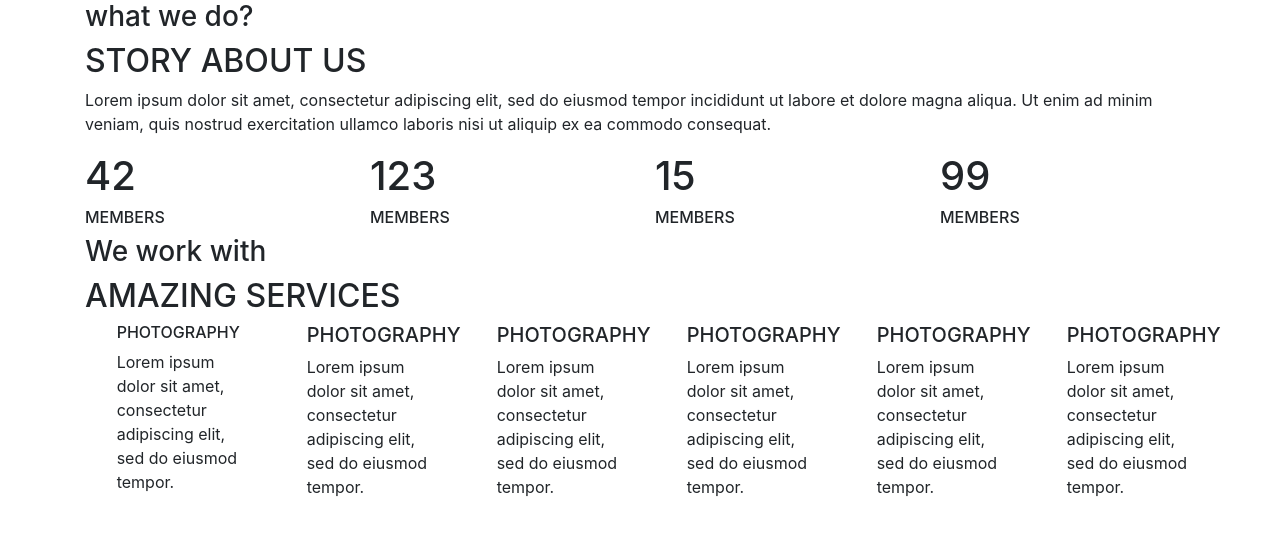
Repository: nourabdelhakam/MoGo-template
Page: index.html
An editor plug-in stored every save of this project. The page is shown before and after the next save, followed by the edit.
The browser window is 1280 px wide. The pictures show the whole page.
Some web libraries are served in a nearby version. The style sheet was rebuilt from its Sass, Less or Tailwind sources for each picture, by a compiler version that may differ from the author's.

Above is the page before, as saved 2021-02-21 19:05:23.

### index.html
<!DOCTYPE html>
<html lang="en">
<head>
    <meta charset="UTF-8">
    <meta name="viewport" content="width=device-width, initial-scale=1.0">
    <link rel="stylesheet" href="https://cdnjs.cloudflare.com/ajax/libs/font-awesome/5.8.2/css/all.min.css" crossorigin="anonymous" />
    <title>Document</title>
    <link rel="stylesheet" href="css/bootstrap.min.css">
    <link rel="stylesheet" href="sass/main.css">
</head>
<body>
    <!-- WHAT WE DO------------------------------------- -->
    <section>
        <div class="container">
            <h3>what we do?</h3>
            <h2>STORY ABOUT US</h2>
            <p>Lorem ipsum dolor sit amet, consectetur adipiscing elit, sed do eiusmod tempor incididunt ut labore et dolore magna aliqua. Ut enim ad minim veniam, quis nostrud exercitation ullamco laboris nisi ut aliquip ex ea commodo consequat.</p>
            <div class="row"></div>
        </div>
    </section>
    <!--ENd WHAT WE DO------------------------------------- -->

    <!--STATISTICS------------------------------------- -->
    <section>
        <div class="container">
            <div class="row">
                <div class="col">
                    <h1>42</h1>
                    <h6>MEMBERS</h6>
                </div>
                <div class="col">
                    <h1>123</h1>
                    <h6>MEMBERS</h6>
                </div>
                <div class="col">
                    <h1>15</h1>
                    <h6>MEMBERS</h6>
                </div>
                <div class="col">
                    <h1>99</h1>
                    <h6>MEMBERS</h6>
                </div>
            </div>
        </div>
    </section>
    <!--END OF STATISTICS------------------------------------- -->

    <!-- We work with -------------------------------------------->
    <section>
        <div class="container">
            <h3>We work with</h3>
            <h2>AMAZING SERVICES</h2>
            <div class="row">

                <div class="col">
                    <div class="row">
                        <div class="col-2"></div>
                        <div class="col-10">
                            <h6>PHOTOGRAPHY</h6>
                            <p>Lorem ipsum dolor sit amet, consectetur adipiscing elit, sed do eiusmod tempor.</p>
                        </div>
                    </div>
                </div>

                <div class="col">
                    <div class="row">
                        <div class="col-2"></div>
                        <div class="col-10">
                            <h5>PHOTOGRAPHY</h5>
                            <p>Lorem ipsum dolor sit amet, consectetur adipiscing elit, sed do eiusmod tempor.</p>
                        </div>
                    </div>
                </div>

                <div class="col">
                    <div class="row">
                        <div class="col-2"></div>
                        <div class="col-10">
                            <h5>PHOTOGRAPHY</h5>
                            <p>Lorem ipsum dolor sit amet, consectetur adipiscing elit, sed do eiusmod tempor.</p>
                        </div>
                    </div>
                </div>

                <div class="col">
                    <div class="row">
                        <div class="col-2"></div>
                        <div class="col-10">
                            <h5>PHOTOGRAPHY</h5>
                            <p>Lorem ipsum dolor sit amet, consectetur adipiscing elit, sed do eiusmod tempor.</p>
                        </div>
                    </div>
                </div>

                <div class="col">
                    <div class="row">
                        <div class="col-2"></div>
                        <div class="col-10">
                            <h5>PHOTOGRAPHY</h5>
                            <p>Lorem ipsum dolor sit amet, consectetur adipiscing elit, sed do eiusmod tempor.</p>
                        </div>
                    </div>
                </div>

                <div class="col">
                    <div class="row">
                        <div class="col-2"></div>
                        <div class="col-10">
                            <h5>PHOTOGRAPHY</h5>
                            <p>Lorem ipsum dolor sit amet, consectetur adipiscing elit, sed do eiusmod tempor.</p>
                        </div>
                    </div>
                </div>
            </div>
        </div>
    </section>
    <!-- end of We work with -------------------------------------------->


   <!-----------------------.------------------------------------------- -- -->
   <script src="js/jquery-3.5.1.slim.min.js"></script>
   <script src="js/popper.min.js"></script>

   <script src="js/bootstrap.min.js"></script>
</body>
</html>

Loaded but not shown: css/bootstrap.min.css (library); js/jquery-3.5.1.slim.min.js (library); js/popper.min.js (library); js/bootstrap.min.js (library); sass/main.scss (empty)

After the next save:
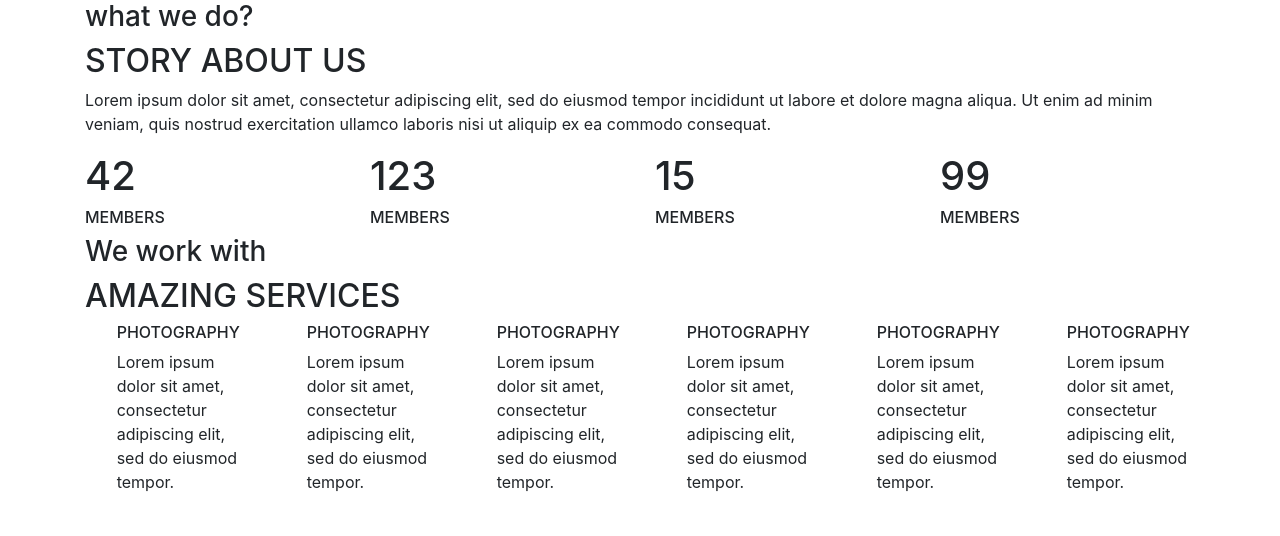
Saved 48 s later.
--- a/index.html
+++ b/index.html
@@ -66,7 +66,7 @@
                     <div class="row">
                         <div class="col-2"></div>
                         <div class="col-10">
-                            <h5>PHOTOGRAPHY</h5>
+                            <h6>PHOTOGRAPHY</h6>
                             <p>Lorem ipsum dolor sit amet, consectetur adipiscing elit, sed do eiusmod tempor.</p>
                         </div>
                     </div>
@@ -76,7 +76,7 @@
                     <div class="row">
                         <div class="col-2"></div>
                         <div class="col-10">
-                            <h5>PHOTOGRAPHY</h5>
+                            <h6>PHOTOGRAPHY</h6>
                             <p>Lorem ipsum dolor sit amet, consectetur adipiscing elit, sed do eiusmod tempor.</p>
                         </div>
                     </div>
@@ -86,7 +86,7 @@
                     <div class="row">
                         <div class="col-2"></div>
                         <div class="col-10">
-                            <h5>PHOTOGRAPHY</h5>
+                            <h6>PHOTOGRAPHY</h6>
                             <p>Lorem ipsum dolor sit amet, consectetur adipiscing elit, sed do eiusmod tempor.</p>
                         </div>
                     </div>
@@ -96,7 +96,7 @@
                     <div class="row">
                         <div class="col-2"></div>
                         <div class="col-10">
-                            <h5>PHOTOGRAPHY</h5>
+                            <h6>PHOTOGRAPHY</h6>
                             <p>Lorem ipsum dolor sit amet, consectetur adipiscing elit, sed do eiusmod tempor.</p>
                         </div>
                     </div>
@@ -106,7 +106,7 @@
                     <div class="row">
                         <div class="col-2"></div>
                         <div class="col-10">
-                            <h5>PHOTOGRAPHY</h5>
+                            <h6>PHOTOGRAPHY</h6>
                             <p>Lorem ipsum dolor sit amet, consectetur adipiscing elit, sed do eiusmod tempor.</p>
                         </div>
                     </div>
